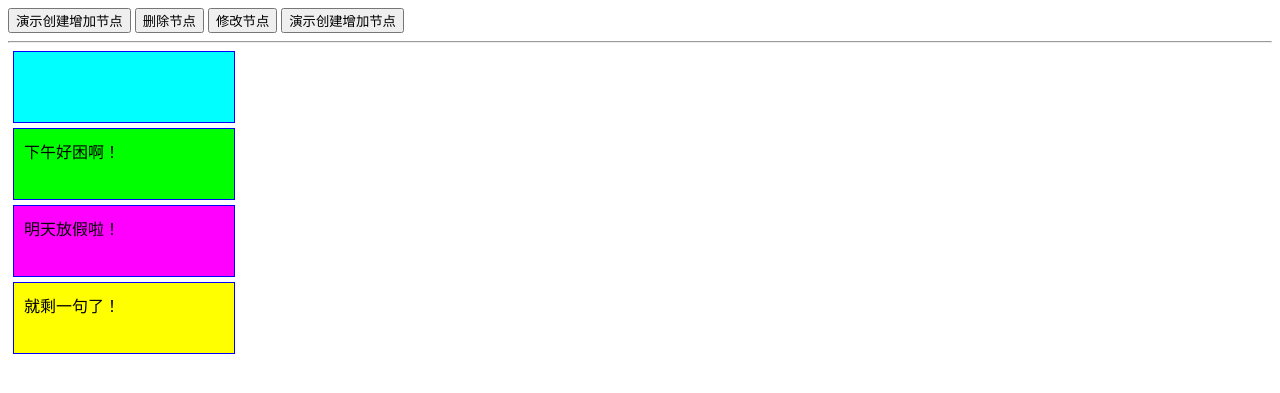
Repository: tangchengjingwen/javaLearningCode
Page: javaLearningCode/day31_html/crud_node.html
These files come from the project's save history. The page is drawn as it stood at one moment and after the next save; the edit follows.
The browser window is 1280 px wide. The pictures show the whole page.
After loading, the first visible `input[onclick="upDateNode_2()"]` was clicked once.

Above is the page before, as saved 2012-05-15 06:20:47.

After the next save:
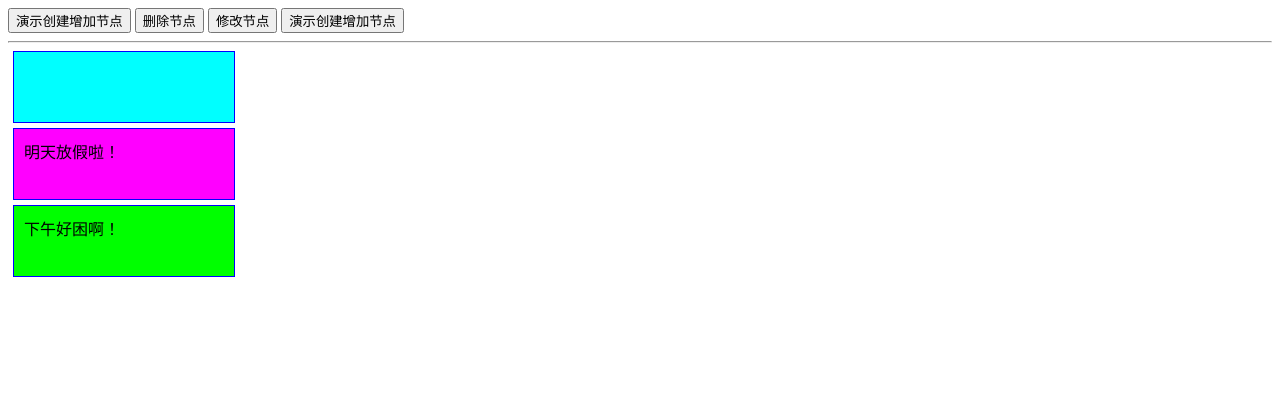
Saved 29 s later.
--- a/javaLearningCode/day31_html/crud_node.html
+++ b/javaLearningCode/day31_html/crud_node.html
@@ -91,7 +91,10 @@
 		//需求：用div_2节点替换div_4节点。
 		function upDateNode_2(){
 			var divNode_2 = document.getElementById("div_2");
+
 			var divNode_4 = document.getElementById("div_4");
+
+			divNode_4.parentNode.replaceChild(divNode_2,divNode_4);
 		}
 		</script>
     	<input type="button" value="演示创建增加节点" onclick="crtAddNode()" />
